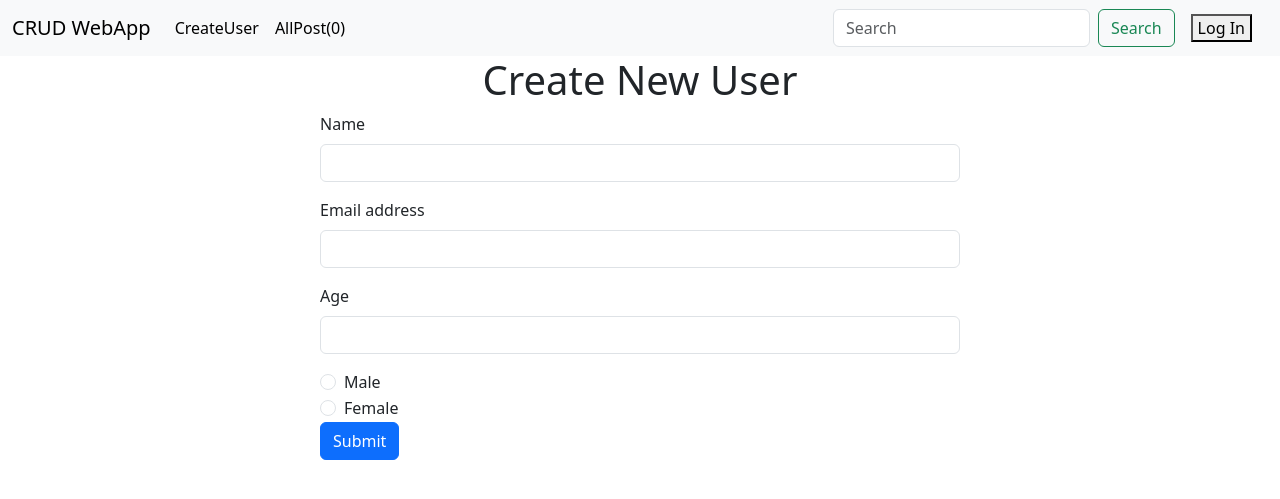
Repository: suraj-yadav7/createpost-redux
Page: /
The author's editor kept a copy of each file at every save. The page is drawn from the files as they stood at one save, then again after the next save.
The browser window is 1280 px wide. The pictures show the whole page.
The project was rebuilt for these pictures with package versions that can differ from the ones it lists, and the page was loaded fresh each time. Also part of the build but not shown: vite.config.js, src/App.css, src/assets/viewuser.css, src/components/ViewUser.jsx, src/components/UpdateUser.jsx, src/components/Read.jsx, src/index.css.

Above is the page before, as saved 2023-05-25 23:34:53.

### index.html
<!DOCTYPE html>
<html lang="en">
  <head>
    <meta charset="UTF-8" />
    <link rel="icon" type="image/svg+xml" href="/vite.svg" />
    <meta name="viewport" content="width=device-width, initial-scale=1.0" />
    <link href="https://cdn.jsdelivr.net/npm/bootstrap@5.3.0-alpha3/dist/css/bootstrap.min.css" rel="stylesheet" integrity="sha384-KK94CHFLLe+nY2dmCWGMq91rCGa5gtU4mk92HdvYe+M/SXH301p5ILy+dN9+nJOZ" crossorigin="anonymous">
    <title>CRUD WebApp</title>
  </head>
  <body>
    <div id="root"></div>
    <script type="module" src="/src/main.jsx"></script>
    <script src="https://cdn.jsdelivr.net/npm/bootstrap@5.3.0-alpha3/dist/js/bootstrap.bundle.min.js" integrity="sha384-ENjdO4Dr2bkBIFxQpeoTz1HIcje39Wm4jDKdf19U8gI4ddQ3GYNS7NTKfAdVQSZe" crossorigin="anonymous"></script>
  </body>
</html>
  </body>
</html>

### src/main.jsx
import React from 'react'
import ReactDOM from 'react-dom/client'
import App from './App.jsx'
import './index.css'
import { Provider } from 'react-redux'
import store from "./store/store.jsx"
import { Auth0Provider } from "@auth0/auth0-react";

ReactDOM.createRoot(document.getElementById('root')).render(
  <Auth0Provider
  domain="dev-f0vrvzicx3fqszs1.us.auth0.com"
  clientId="TATqhhZI6gkrUFpzIdMG64wIT1x1fYov"
  authorizationParams={{
    redirect_uri: window.location.origin
  }}
>
  <Provider store={store}>
    <App />
  </Provider>
  </Auth0Provider>,
)

### src/App.jsx
import React, { useState } from 'react'
import './App.css'
import Navbar from './components/Navbar'
import Read from './components/Read'
import UpdateUser from "./components/UpdateUser"
import { BrowserRouter as Router,Routes,Route } from 'react-router-dom'
import CreateData from './components/CreateData.jsx'

function App() {

  return (
    <>
    <Router>
    <Navbar />
    <Routes>
    <Route exact path="/" element={<CreateData />} />
    <Route exact path="/read" element={<Read />} />
    <Route exact path="/edit/:id" element={<UpdateUser />} />
    </Routes>
    </Router>
    </>
  )
}

export default App

### src/store/store.jsx
import { configureStore } from "@reduxjs/toolkit";
import userDetail from "./slice/userDetail"

const store = configureStore({
    reducer:{
        users:userDetail
    }
})

export default store;

### src/components/Navbar.jsx
import React, { useEffect, useState } from 'react'
import { useSelector } from 'react-redux'
import { Link } from 'react-router-dom'
import { useDispatch } from 'react-redux'
import {searchUser} from  '../store/slice/userDetail'
import { useAuth0 } from "@auth0/auth0-react";

const Navbar = () => {
  const allusers = useSelector((state)=>state.users.user)
  const [searchVal, setSearchVal] = useState("")
  const dispatch = useDispatch()
  console.log("The search val", searchVal)

  const { loginWithRedirect } = useAuth0();

  useEffect(()=>{
    dispatch(searchUser(searchVal))

  },[searchVal])
  return (
    <>
      <nav className="navbar navbar-expand-lg bg-body-tertiary">
        <div className="container-fluid">
          <Link to="/" className="navbar-brand" >CRUD WebApp</Link>
          <button className="navbar-toggler" type="button" data-bs-toggle="collapse" data-bs-target="#navbarSupportedContent" aria-controls="navbarSupportedContent" aria-expanded="false" aria-label="Toggle navigation">
            <span className="navbar-toggler-icon"></span>
          </button>
          <div className="collapse navbar-collapse" id="navbarSupportedContent">
            <ul className="navbar-nav me-auto mb-2 mb-lg-0">
              <li className="nav-item">
                <Link to="/" className="nav-link active" aria-current="page" >CreateUser</Link>
              </li>
              <li className="nav-item">
                <Link to="/read" className="nav-link active" >AllPost({allusers.length})</Link>
              </li>
            </ul>
            <form className="d-flex" role="search">
              <input className="form-control me-2" type="search" onChange={(e)=>setSearchVal(e.target.value)} placeholder="Search" aria-label="Search" />
              <button className="btn btn-outline-success" type="submit">Search</button>
            </form>
            <button style={{padding:"0 5px", margin:"0 1rem"}} onClick={() => loginWithRedirect()}>Log In</button>
          </div>
        </div>
      </nav>
    </>
  )
}

export default Navbar

### src/components/CreateData.jsx
import React, {useState} from 'react'
import { useDispatch } from 'react-redux'
import { useNavigate } from 'react-router-dom'
import { createUser } from '../store/slice/userDetail'


const CreateData = () => {

    const [data, SetData]=useState({})
    const handleData= (e)=>{
        SetData({...data, [e.target.name]:e.target.value})
        console.log(data)
    }

    const dispatch = useDispatch()
    const navigate = useNavigate()

    const handleSubmit = (e)=>{
        e.preventDefault()
        dispatch(createUser(data))
        navigate("/read")
    }
    return (
        <>
             <h1 style={{textAlign:"center"}}>Create New User</h1>
            <form className='w-50 mx-auto' onSubmit={handleSubmit}>
                <div className="mb-3">
                    <label htmlFor="exampleInputEmail1" className="form-label">Name</label>
                    <input type="text" className="form-control" name="name" onChange={handleData} id="exampleInputEmail1" aria-describedby="emailHelp" />
                </div>
                <div className="mb-3">
                    <label htmlFor="exampleInputEmail1" className="form-label">Email address</label>
                    <input type="email" className="form-control" name="email" onChange={handleData} id="exampleInputEmail1" aria-describedby="emailHelp" />
                </div>
                <div className="mb-3">
                    <label htmlFor="exampleInputEmail1" className="form-label">Age</label>
                    <input type="text" className="form-control" name="age" onChange={handleData} id="exampleInputEmail1" aria-describedby="emailHelp" />
                </div>
                <div className='mx-auto'>
                    <div className="form-check">
                        <input className="form-check-input" type="radio" name="gender" value="male" onChange={handleData} id="flexRadioDefault1" />
                        <label className="form-check-label"  htmlFor="flexRadioDefault1">
                            Male
                        </label>
                    </div>
                    <div className="form-check">
                        <input className="form-check-input" type="radio" name="gender" value="female" onChange={handleData} id="flexRadioDefault2" />
                        <label className="form-check-label" htmlFor="flexRadioDefault2">
                            Female
                        </label>
                    </div>
                </div>
                <button type="submit" className="btn btn-primary" >Submit</button>
            </form>
        </>
    )
}

export default CreateData

### src/store/slice/userDetail.jsx
import { createSlice, createAsyncThunk } from "@reduxjs/toolkit";

// Creating a user
export const createUser = createAsyncThunk("createUser", async(data, {rejectWithValue})=>{
    let response = await fetch("https://646273424dca1a661346b571.mockapi.io/crud",{
    method:"POST",
    headers:{
        "content-type":"application/json"
    },
    body:JSON.stringify(data)
                })

    try{
        let apiData = await response.json()
        console.log("The dat in createuser", apiData)
        return apiData
    }
    catch(error){
        rejectWithValue(error)
    }
} )

// reading user data in allUser page
export const showUser = createAsyncThunk("showUser", async(arg,{rejectWithValue})=>{
    let response = await fetch("https://646273424dca1a661346b571.mockapi.io/crud")
    try{
        let apiData = await response.json()
        // console.log("the fetched", apiData)
        return apiData
    }
    catch(error){
        rejectWithValue(error)
    }
})

// Deleting user from database
export const deleteUser = createAsyncThunk("deleteUser", async(id,{rejectWithValue})=>{
    let response = await fetch(`https://646273424dca1a661346b571.mockapi.io/crud/${id}`,{
        method:"DELETE"
    })
    try{
        let apiData = await response.json()
        // console.log("the fetched", apiData)
        return apiData
    }
    catch(error){
        rejectWithValue(error)
    }
})

// Handling update user-data
export const updateUser = createAsyncThunk("editUser", async(data,{rejectWithValue})=>{
    let response = await fetch(`https://646273424dca1a661346b571.mockapi.io/crud/${data.id}`,{
        method:"PUT",
        headers:{
            "content-type":"application/json"
        },
        body:JSON.stringify(data)
                    })
    try{
        let apiData = await response.json()
        // console.log("the fetched", apiData)
        return apiData
    }
    catch(error){
        rejectWithValue(error)
    }
})

const userDetail= createSlice({
    name:"userDetail",
    initialState:{
        user:[],
        loading:false,
        error:null,
        searchValue:"",
        genderValue:"",
        favouriteData:[]
    },

    reducers:{
        searchUser(state,action){
            state.searchValue=action.payload
        },

        genderShow(state,action){
            state.genderValue=action.payload
        },


    },


    extraReducers:{
        // handling create new user
        [createUser.pending]:(state)=>{
            state.loading=true
        },
        [createUser.fulfilled]:(state,action)=>{
            state.user.push(action.payload)
        },
        [createUser.rejected]:(state,action)=>{
            state.error=action.payload.message
        },
        // handling show user
        [showUser.pending]:(state)=>{
            state.loading=true
        },
        [showUser.fulfilled]:(state,action)=>{
            state.user= action.payload

        },
        [showUser.rejected]:(state,action)=>{
            state.error=action.payload
        },
        // handling delete existing user
        [deleteUser.pending]:(state)=>{
            state.loading=true
        },
        [deleteUser.fulfilled]:(state,action)=>{
            const {id} = action.payload
            if(id){
                state.user=state.user.filter((elem)=>elem.id !== id)
            }

        },
        [deleteUser.rejected]:(state,action)=>{
            state.error=action.payload
        },

        // Handling edit user data
        [updateUser.pending]:(state)=>{
            state.loading=true
        },
        [updateUser.fulfilled]:(state,action)=>{
            if(action.payload.id){
               state.user= state.user.map((elem)=>(
                elem.id === action.payload.id ? action.payload : elem))
            }

        },
        [updateUser.rejected]:(state,action)=>{
            state.error=action.payload
        },
    }

})

export default userDetail.reducer
export const {searchUser,genderShow} = userDetail.actions

After the next save:
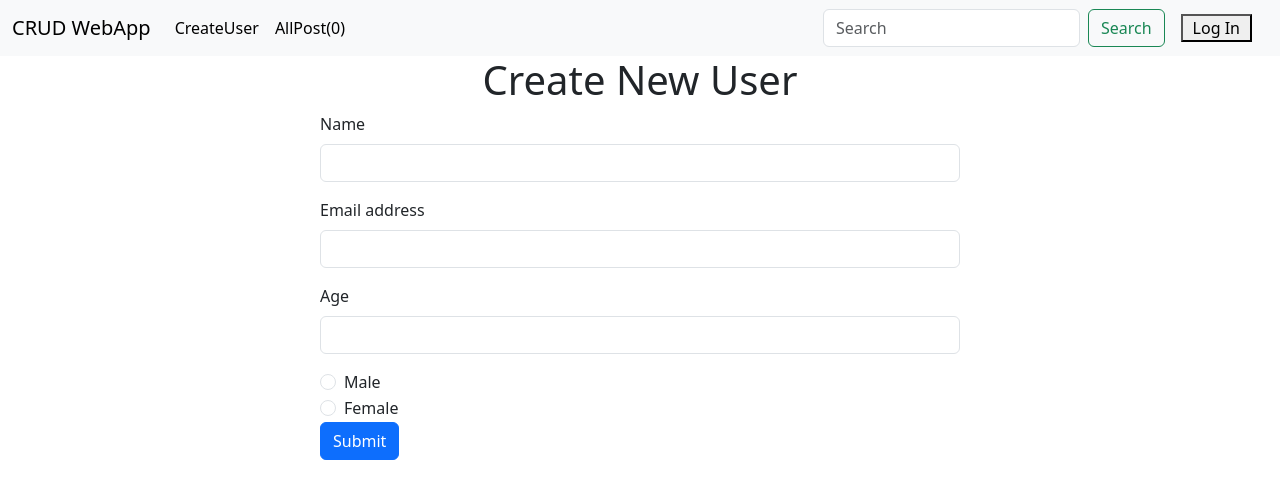
Saved 9 s later.
--- a/src/components/Navbar.jsx
+++ b/src/components/Navbar.jsx
@@ -38,7 +38,7 @@ const Navbar = () => {
               <input className="form-control me-2" type="search" onChange={(e)=>setSearchVal(e.target.value)} placeholder="Search" aria-label="Search" />
               <button className="btn btn-outline-success" type="submit">Search</button>
             </form>
-            <button style={{padding:"0 5px", margin:"0 1rem"}} onClick={() => loginWithRedirect()}>Log In</button>
+            <button style={{padding:"0 10px", margin:"0 1rem"}} onClick={() => loginWithRedirect()}>Log In</button>
           </div>
         </div>
       </nav>
